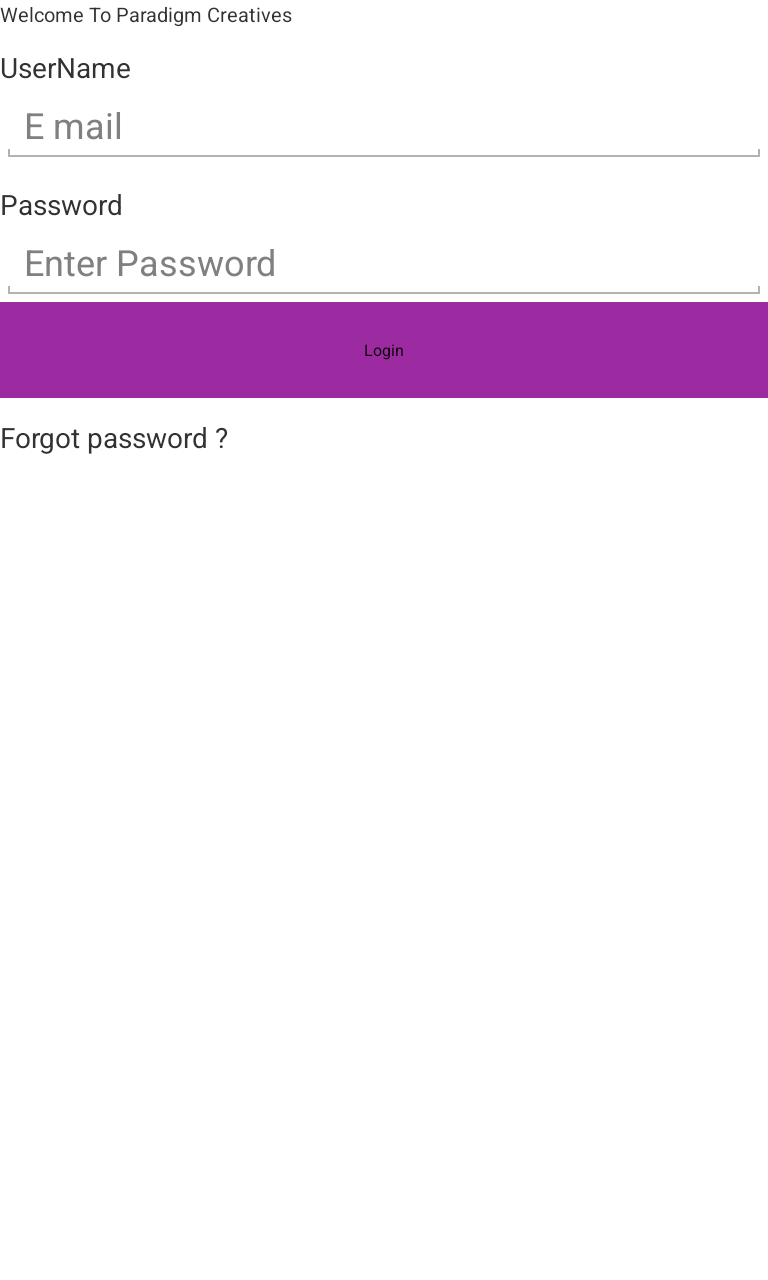
Repository: harishkumar93/harish_AndroidTraining2014
Layout: Exam/WeatherReport/res/layout/login.xml
The author's editor kept a copy of each file at every save. The layout is drawn from the files as they stood at one save, then again after the next save.
It is drawn on a 768 x 1280 px phone screen (xhdpi) without system bars, with theme AppTheme; the app's code is not run.

Above is the layout before, as saved 2014-10-06 09:58:47.

After the next save:
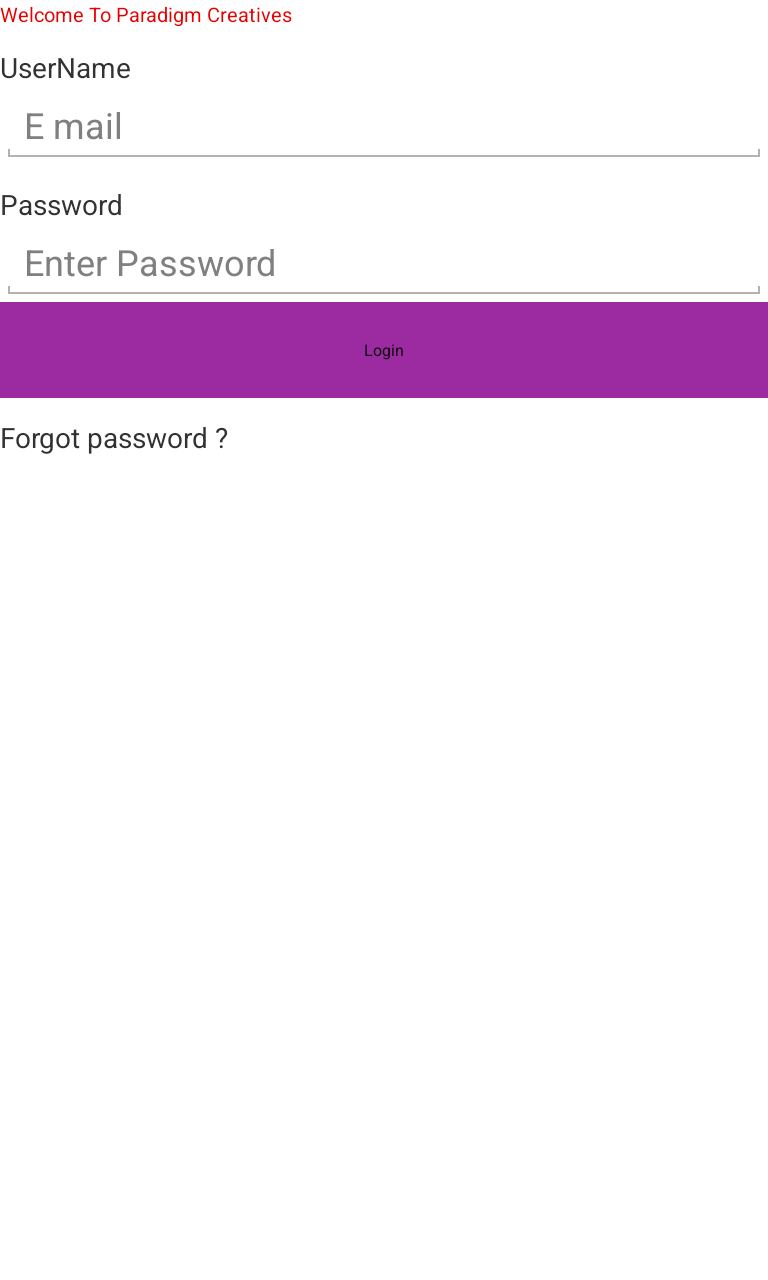
Saved 45 s later.
--- a/Exam/WeatherReport/res/layout/login.xml
+++ b/Exam/WeatherReport/res/layout/login.xml
@@ -7,7 +7,8 @@
     <TextView android:layout_width="match_parent"
         android:layout_height="wrap_content"
         android:text="@string/title_txt"
-        android:textSize="10sp"/>
+        android:textSize="10sp"
+        android:textColor="#E60000"/>
 
     <TextView android:layout_width="wrap_content"
         android:layout_height="wrap_content"
